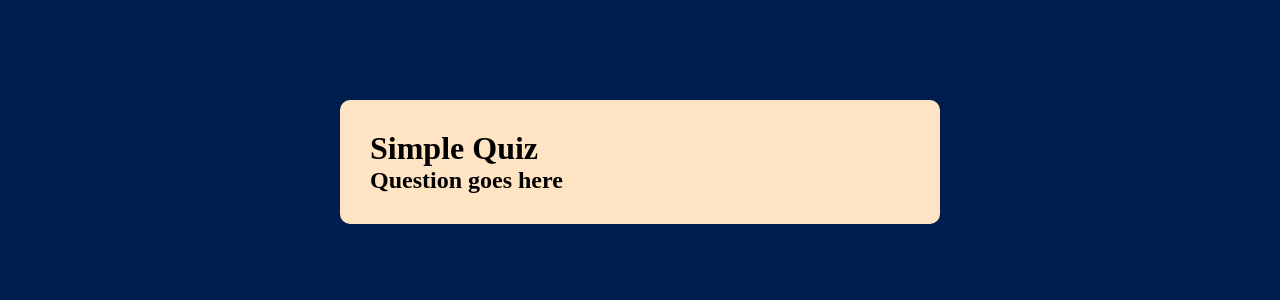
Repository: supriya123yadav/Quiz-project
Page: index.html
The author's editor kept a copy of each file at every save. The page is drawn from the files as they stood at one save, then again after the next save.
The browser window is 1280 px wide. The pictures show the whole page.

Above is the page before, as saved 2024-07-06 23:55:59.

After the next save:
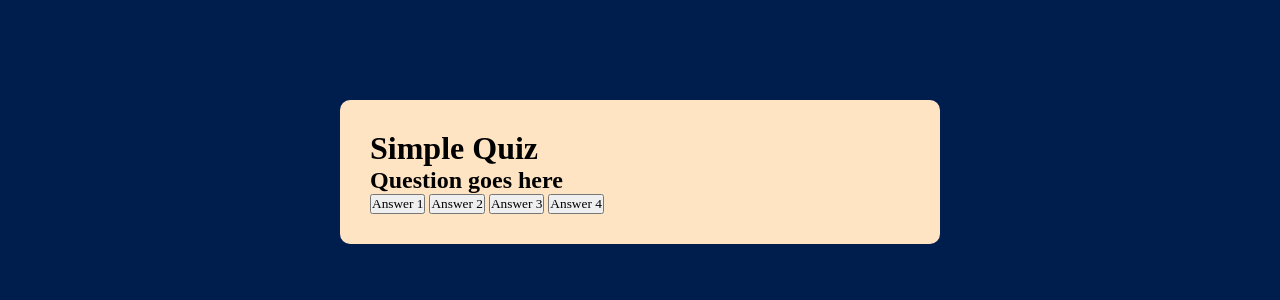
Saved 5 min 36 s later.
--- a/index.html
+++ b/index.html
@@ -11,6 +11,14 @@
         <h1>Simple Quiz</h1>
         <div class="quiz">
             <h2 id="question">Question goes here</h2>
+            <div id="answer-buttons">
+                <button class="btn">Answer 1</button>
+                <button class="btn">Answer 2</button>
+                <button class="btn">Answer 3</button>
+                <button class="btn">Answer 4</button>
+
+
+            </div>
 
         </div>
 
